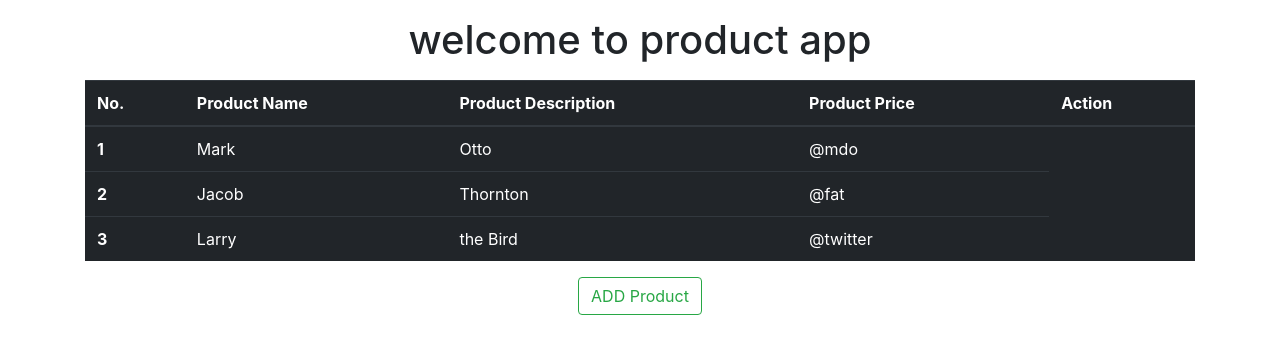
Repository: Renish-patel/Practices
Page: http://localhost/productcrudapp/WEB-INF/views/index.jsp
An editor plug-in stored every save of this project. The page is shown before and after the next save, followed by the edit.
The browser window is 1280 px wide. The pictures show the whole page.
Some web libraries are served in a nearby version. The page is served by Tomcat 9. Nobody is signed in. The template is opened directly, without the code that normally fills it, so the values that code supplies are empty.

Above is the page before, as saved 2023-03-09 18:48:16.

After the next save:
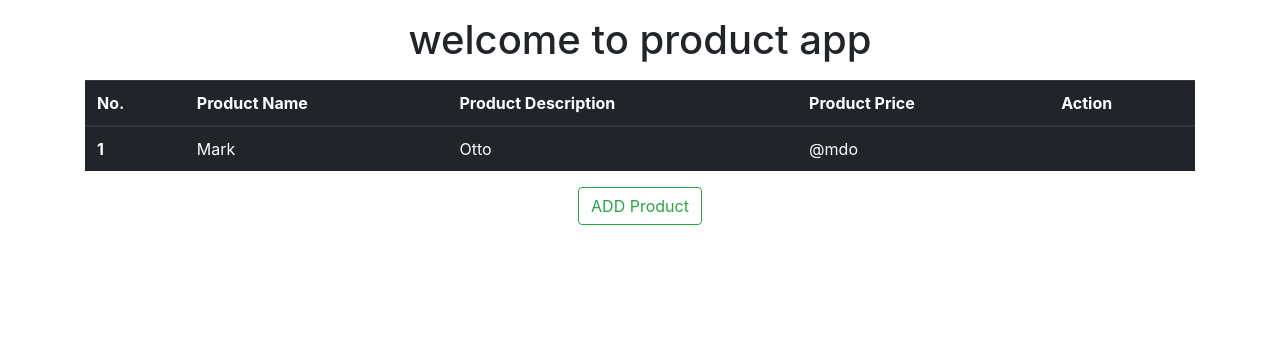
Saved 42 s later.
--- a/spring/productcrudapp/src/main/webapp/WEB-INF/views/index.jsp
+++ b/spring/productcrudapp/src/main/webapp/WEB-INF/views/index.jsp
@@ -27,18 +27,7 @@
 							<td>Otto</td>
 							<td>@mdo</td>
 						</tr>
-						<tr>
-							<th scope="row">2</th>
-							<td>Jacob</td>
-							<td>Thornton</td>
-							<td>@fat</td>
-						</tr>
-						<tr>
-							<th scope="row">3</th>
-							<td>Larry</td>
-							<td>the Bird</td>
-							<td>@twitter</td>
-						</tr>
+
 					</tbody>
 				</table>
 				<div class="container text-center">
